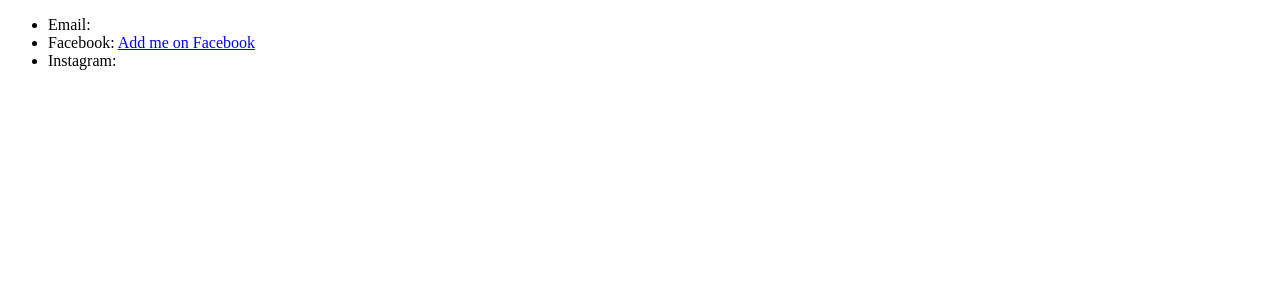
Repository: aimanbasri/Web-Development-Bootcamp
Page: HTML - Personal Site/contacts.html
These files come from the project's save history. The page is drawn as it stood at one moment and after the next save; the edit follows.
The browser window is 1280 px wide. The pictures show the whole page.

Above is the page before, as saved 2019-12-29 02:38:00.

After the next save:
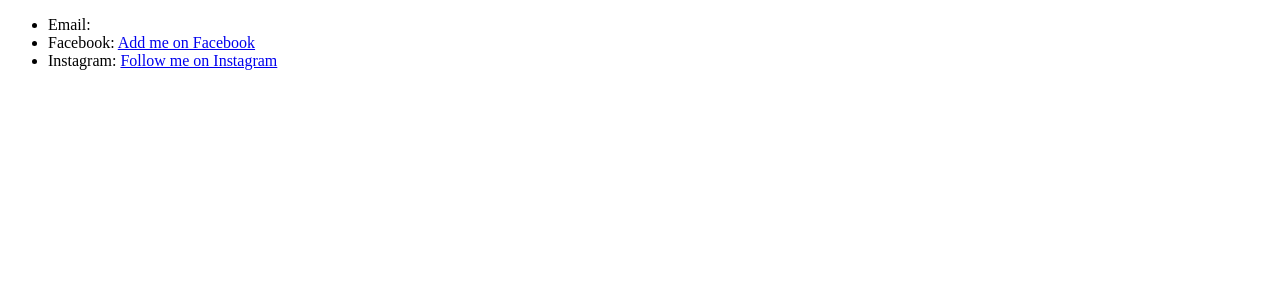
Saved 7 s later.
--- a/HTML - Personal Site/contacts.html
+++ b/HTML - Personal Site/contacts.html
@@ -10,7 +10,7 @@
     <ul>
         <li>Email: <aimansyakirin@gmail class="com"></aimansyakirin@gmail> </li>
         <li>Facebook: <a href="https://www.facebook.com/NobodyReadsTheseThings" >Add me on Facebook</a></li>
-        <li>Instagram: <a href="https://www.instagram.com/aimansharky/"></a> </li>
+        <li>Instagram: <a href="https://www.instagram.com/aimansharky/">Follow me on Instagram</a> </li>
     </ul>
 </body>
 </html>
